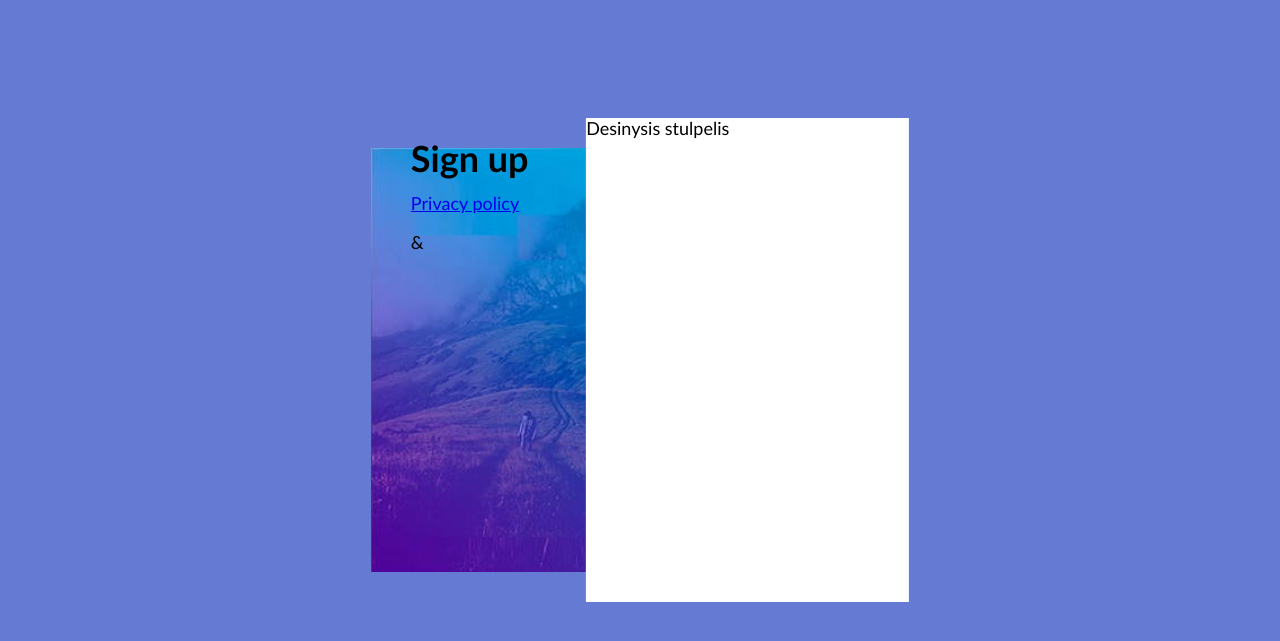
Repository: motiejus1/11-paskaita-adobexd-registracija
Page: index.html
An editor plug-in stored every save of this project. The page is shown before and after the next save, followed by the edit.
The browser window is 1280 px wide. The pictures show the whole page.

Above is the page before, as saved 2021-06-17 19:04:39.

After the next save:
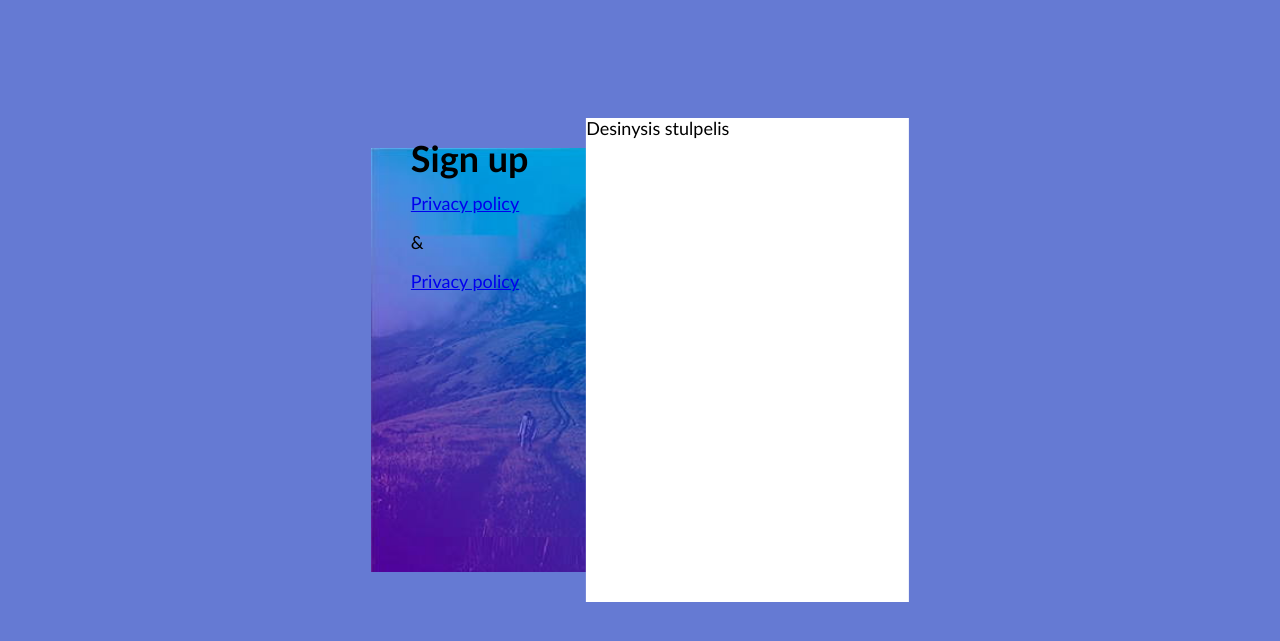
Saved 5 s later.
--- a/index.html
+++ b/index.html
@@ -61,6 +61,7 @@
                 <h1>Sign up</h1>
                 <a href="#">Privacy policy</a>
                 <p>&</p>
+                <a href="#">Privacy policy</a>
             </div>
         </div>
         <div class="right-column">Desinysis stulpelis</div>
